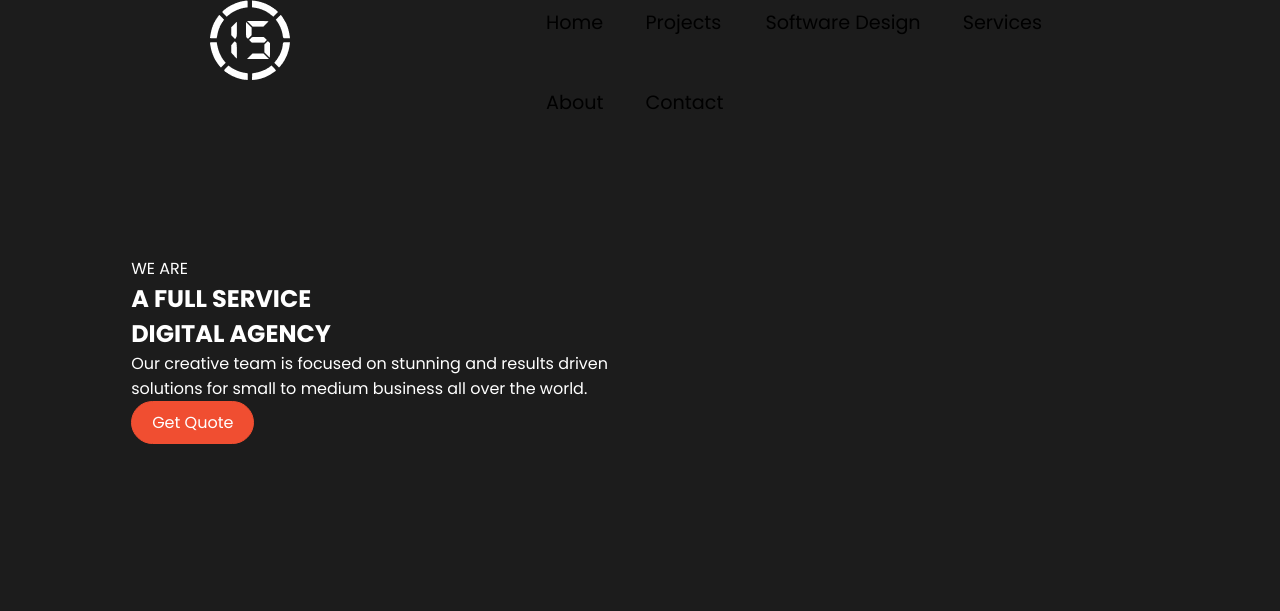
Repository: gopalpurohit54/one5
Page: /
An editor plug-in stored every save of this project. The page is shown before and after the next save, followed by the edit.
The browser window is 1280 px wide. The pictures show the whole page.
The project was rebuilt for these pictures with package versions that can differ from the ones it lists, and the page was loaded fresh each time.

Above is the page before, as saved 2021-06-11 14:28:37.

After the next save:
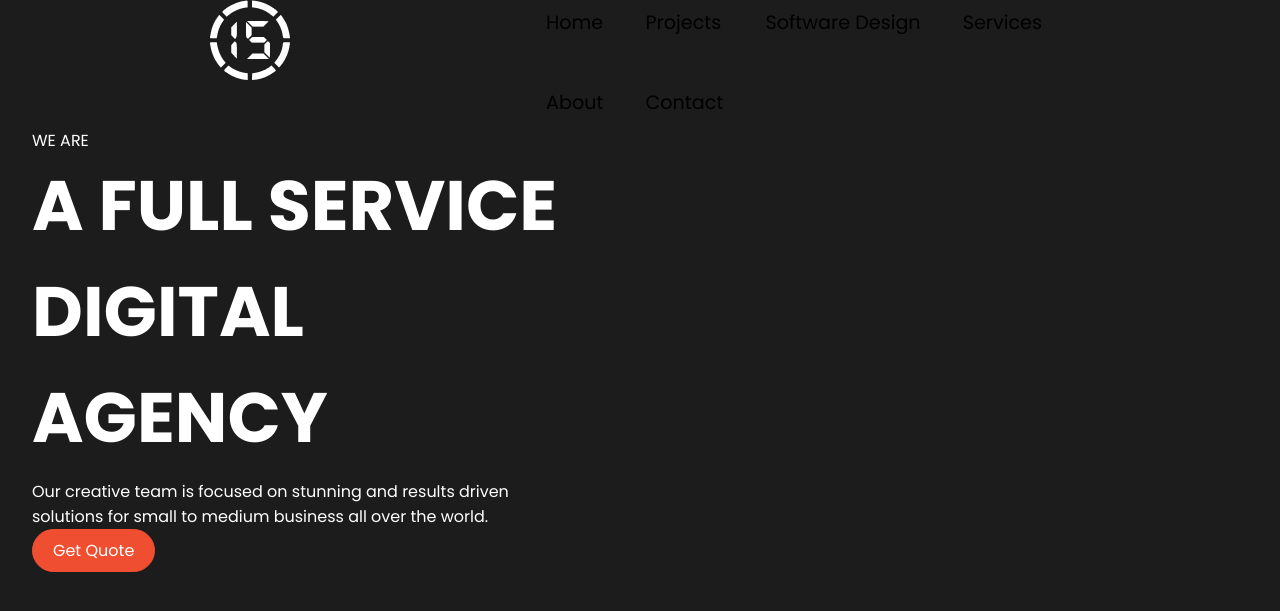
Saved 65 s later.
--- a/src/components/HeroSection.js
+++ b/src/components/HeroSection.js
@@ -34,6 +34,12 @@ function HeroSection() {
         justify-content: center;
         align-items: flex-start;
         padding: 5rem 2rem;
+
+        h1 {
+            margin-bottom: 0.5rem;
+            font-size: 70px;
+        }
+
     `;
     const ColumnRight = styled.div ``
 
